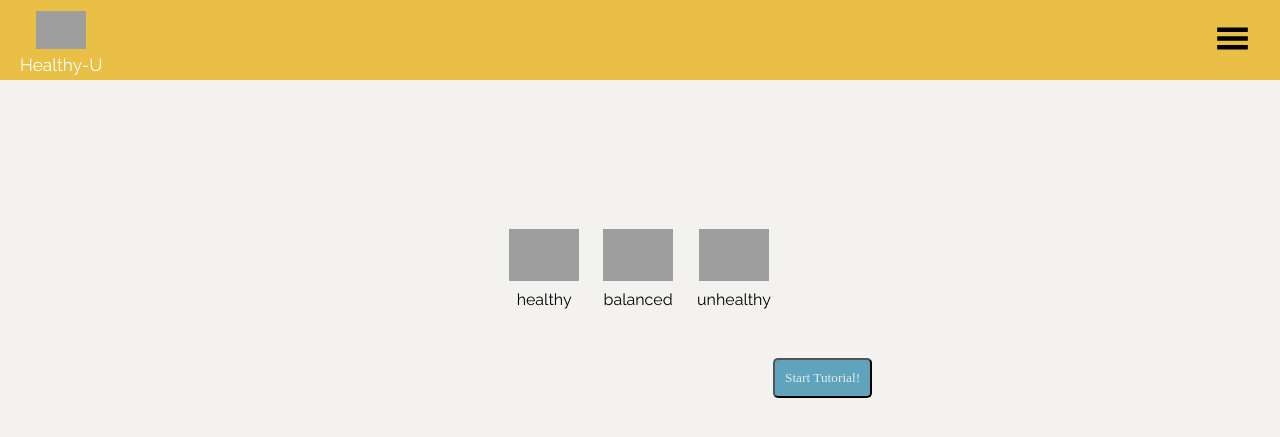
Repository: smashy09/healthy-share
Page: /InformationPage
The author's editor kept a copy of each file at every save. The page is drawn from the files as they stood at one save, then again after the next save.
The browser window is 1280 px wide. The pictures show the whole page.
Pictures or frames that could not be fetched are drawn as grey boxes. The project was rebuilt for these pictures with package versions that can differ from the ones it lists, and the page was loaded fresh each time. The framework's server and built-in components were replaced by stand-ins that run in the browser. Also part of the build but not shown: next.config.js.

Above is the page before, as saved 2020-05-14 20:38:17.

### pages/_app.js
// import App from 'next/app'
import './app.css';

function MyApp({ Component, pageProps }) {
    return <Component {...pageProps} />
  }

  // Only uncomment this method if you have blocking data requirements for
  // every single page in your application. This disables the ability to
  // perform automatic static optimization, causing every page in your app to
  // be server-side rendered.
  //
  // MyApp.getInitialProps = async (appContext) => {
  //   // calls page's `getInitialProps` and fills `appProps.pageProps`
  //   const appProps = await App.getInitialProps(appContext);
  //
  //   return { ...appProps }
  // }

  export default MyApp

### pages/_document.js
import Document, { Html, Head, Main, NextScript } from 'next/document'


class MyDocument extends Document {
  static async getInitialProps(ctx) {
    const initialProps = await Document.getInitialProps(ctx)
    return { ...initialProps }
  }

  render() {
    return (
      <Html>
        <Head />
        <body>
        <link href="https://fonts.googleapis.com/css2?family=Raleway&display=swap" rel="stylesheet"></link>
          <Main />
          <NextScript />
        </body>
      </Html>
    )
  }
}

export default MyDocument

### pages/InformationPage/index.js
import Router from 'next/router';
import React from 'react';
import './info.css';
import Header from '../../comps/Header';
import CustomText from '../../comps/CustomText';
import CustomButton from '../../comps/CustomButton';

//Info Page


function NextPage(){
    Router.push("/AnimationPage1");
}
//homePage
const healthyImg = require('./healthyicon.png');
const balancedImg = require('./balancedicon.png');
const unhealthyImg = require('./unhealthyicon.png');

const InformationPage = ({backgroundColor, healthytxt, balancedtxt, unhealthytxt, healthyImg, balancedImg, unhealthyImg}) => <div
style={{backgroundColor:backgroundColor}}

  id="All_info_page">
    <Header/>
    <CustomText fontSize={32}  text="Welcome to Healthy-U!"/>
    <CustomText fontSize={22}  text="Health-U goal is to help you be more aware of
your lifestyle by gathering information based on
your answers for the survey!"/>
 <CustomText fontSize={32} text="How to Use!"/>
 <CustomText fontSize={22} text="Whenever you're ready just click start survey.
There will be 3 questions
Pick the answer that represents you the closest."/>
  <div className="card_answers">
        <div className="options">
            <img src={healthyImg} />
            {healthytxt}
        </div>

        <div className="options">
           <img src={balancedImg} />
            {balancedtxt}
         </div>

        <div className="options">
           <img src={unhealthyImg} />
            {unhealthytxt}
        </div>
    </div>
<CustomText fontSize={22} text="After answering you will be given results
filled with info on how to become a better U! "/>
<div className="info_button">
<CustomButton className="R_button" text="Start Tutorial!" onClick={NextPage}/>
</div>
</div>

InformationPage.defaultProps = {
    place:"New Button",
    color:"#000",
    healthytxt:"healthy",
    balancedtxt:"balanced",
    unhealthytxt:"unhealthy",
    healthyImg:healthyImg,
    balancedImg:balancedImg,
    unhealthyImg:unhealthyImg,
}
export default InformationPage;

### pages/app.css
*{
    font-family: 'Raleway', sans-serif;
}

### pages/InformationPage/info.css
body {
    background-color:  #F3F2EE;
}

.All_info_page{
    text-align: center;

}
.All_info_page p{
 margin-bottom: 2px;
}

.card_answers{
    display: flex;
    justify-content: center;
    align-items: center;
}

.options{
    display: inline-flex;
    flex-direction: column;
    align-items: center;
    /* border: solid 1px gray; */
    border-radius: 25px;
    margin: 10px;
    padding: 2px;

}

.options img{
    width: 70px;
    height: 70px;
    object-fit: contain;
}

.info_button{
    position: absolute;
    left: 60%;
}

### comps/Header/index.js
import React from 'react';
import Link from 'next/link';
import './header.css'
import {GiHamburgerMenu} from 'react-icons/gi';


const logoImg = require('./logo.png');

const Header = ({ text, color, fontSize, text1, text2, text3,text4, lineHeight}) => <div>
    <div className="HeaderContainer">
        <div className="HeaderLogo" style={{color, fontSize}} > <Link href="/HomePage"><img src={logoImg}/></Link><div>{text}</div></div>
        <div className="HamburgerMenu" onClick={MenuToggle}><GiHamburgerMenu size="35" /></div>
        <div className="HamburgermenuContainer" style={{fontSize, lineHeight}}>
        <Link href="/InformationPage"><div className="HamburgerItem">{text4}</div></Link>
            <Link href="/AnimationPage1"><div className="HamburgerItem">{text1}</div></Link>
            <Link href="/Survey1"><div className="HamburgerItem">{text2}</div></Link>
            <Link href="/ResultPage"><div className="HamburgerItem">{text3}</div></Link>
        </div>
    </div>
</div>

Header.defaultProps = {
    text: "Healthy-U",
    color: "#fff",
    fontSize: "13pt",
    text1: "Tutorial",
    text2: "Survey",
    text3: "Result",
    text4: "Information",
    lineHeight: "2em"
}


var menuState = false;
function MenuToggle() {
    if (menuState === true) {
        document.querySelector(".HamburgermenuContainer").style.display = "none";
        menuState = false;

    } else {
        document.querySelector(".HamburgermenuContainer").style.display = "block";
        menuState = true;
    }
}

export default Header;

### comps/CustomText/index.js
import React from 'react';
import './text.css';


//text

const CustomText = () => <div className="custom_text_box">
<p className="custom_text"></p>
</div>

CustomText.defaultProps = {
    color:"#3A3D42",
    text:"Hello There!",
    fontSize:"10px"
}

export default CustomText;

### comps/CustomButton/index.js
import React from 'react';
import './button.css';

//madec the UI

const CustomButton = ({text, backgroundColor, color, onClick}) => <div className="custom_button_box">
<button className="custom_button" style={{backgroundColor:backgroundColor, color:color}} onClick={onClick} > {text} </button>
</div>

function ButtonClick() {
    alert("clicked")
}

CustomButton.defaultProps = {
    backgroundColor:"#60a3bc",
    color:"#DEEDEC",
    text:"Start Survey",
    onClick:ButtonClick
}
export default CustomButton;

### comps/Header/header.css
body, html{
    margin:0;
}

.HeaderContainer {
    width: 100%;
    height: 80px;
    background-color:#E9BF46;
    display: inline-flex;
    align-items: center;
}

.HeaderLogo:hover {
    opacity: 0.7;
}

.HeaderLogo:hover {
    opacity: 0.7;
}

.HamburgerMenu {
    position: absolute;
    right: 30px;
}

.HamburgerMenu:hover{
    color: white;
}

.HeaderLogo {
    padding-left: 20px;
    display: inline-flex;
    flex-direction: column;
    align-items: center;
    justify-content: center;
}

.HeaderLogo img{
    width: 50px;
    height: 50px;
    object-fit: contain;

}

.HamburgermenuContainer {
    margin: 20px;
    width: 120px;
    background-color: #D9ECF0;
    border-radius: 7%;
    text-align: center;
    padding: 15px;
    position: absolute;
    right: 0;
    top: 35px;
    display: none;
    z-index: 1;
}

.HamburgermenuContainer:hover {
    opacity: 0.8;
}


.HamburgerItem:hover {
    color: rgb(214, 129, 157);
    cursor: pointer;
}

### comps/CustomText/text.css
.custom_text_box{
    font-family: 'Spectral', serif;
    display: flex;
    justify-content: center;
    }

### comps/CustomButton/button.css
.custom_button {
    display: flex;
    border-radius: 5px;
    padding: 10px;
    font-family: 'Spectral', serif;
    cursor: pointer;
    margin: 5px;
    box-shadow: pink 10px;
    }

After the next save:
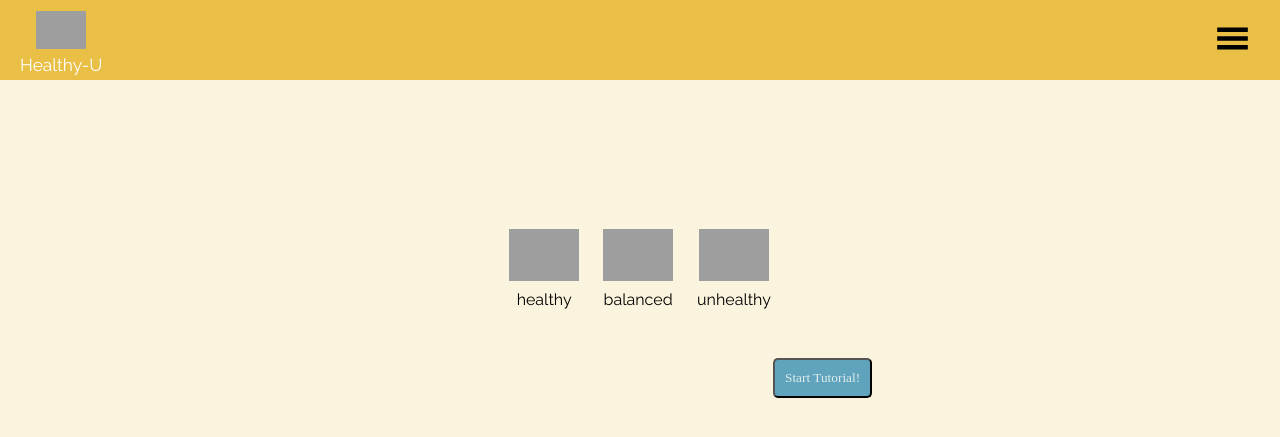
Saved 65 s later.
--- a/pages/InformationPage/info.css
+++ b/pages/InformationPage/info.css
@@ -1,5 +1,5 @@
 body {
-    background-color:  #F3F2EE;
+    background-color:  #FAF3DD;
 }
 
 .All_info_page{
